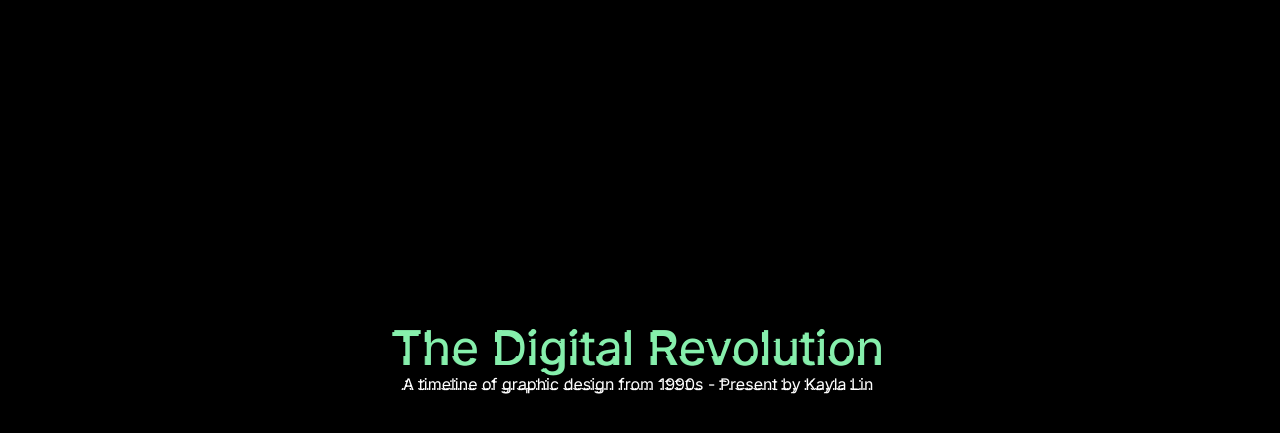
Repository: kayla-lin/graphic-design-timeline
Page: /
These files come from the project's save history. The page is drawn as it stood at one moment and after the next save; the edit follows.
The browser window is 1280 px wide. The pictures show the whole page.
The project was rebuilt for these pictures with package versions that can differ from the ones it lists, and the page was loaded fresh each time. The framework's server and built-in components were replaced by stand-ins that run in the browser. Also part of the build but not shown: next.config.js.

Above is the page before, as saved 2023-05-01 18:25:44.

After the next save:
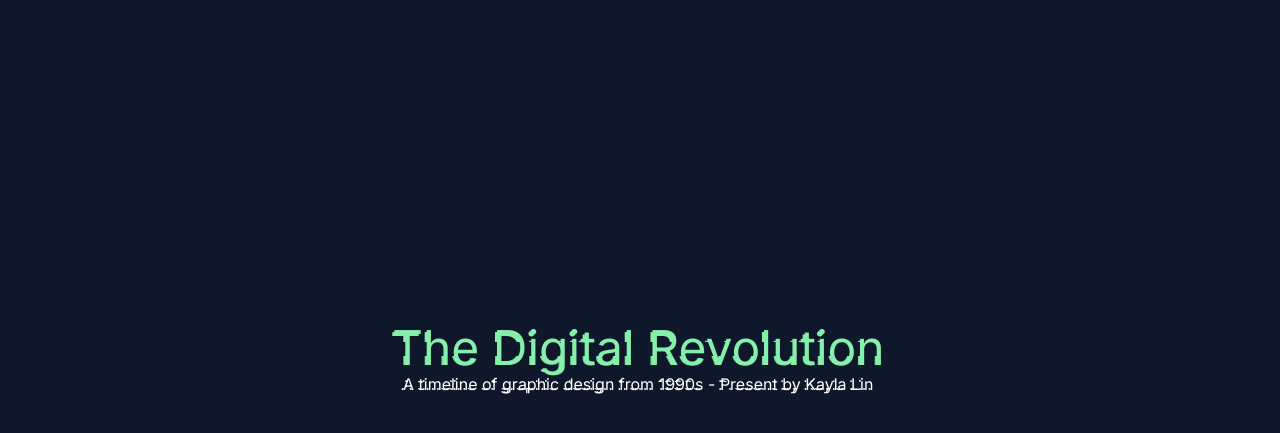
Saved 37 min 22 s later.
--- a/pages/index.tsx
+++ b/pages/index.tsx
@@ -6,7 +6,7 @@
 
 export default function Home() {
   return (
-    <main className={`${inter.className} bg-black`}>
+    <main className={`${inter.className} bg-slate-900`}>
       <Introduction />
     </main>
   );
